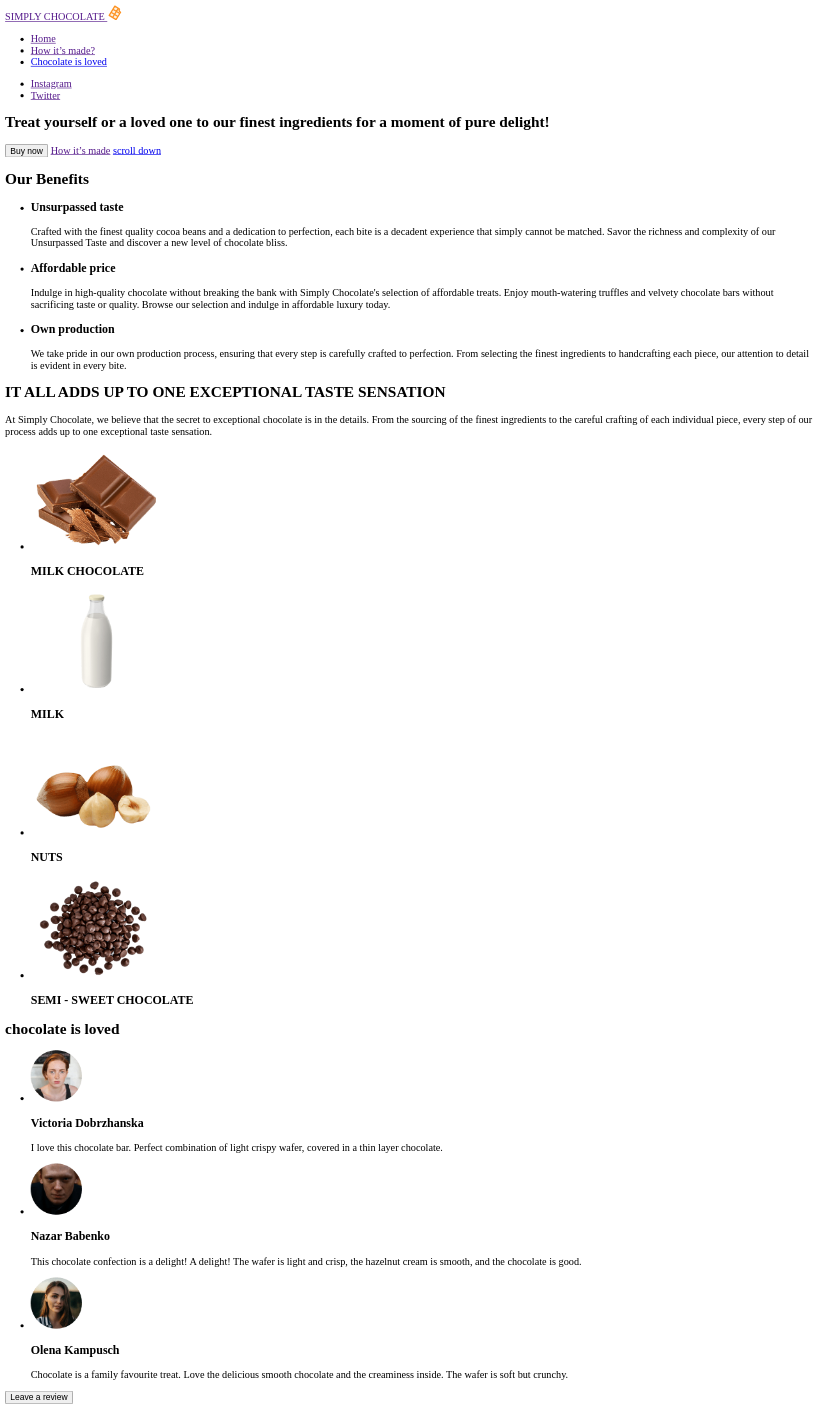
Repository: Sofiia-Khomyk/goit-markup-class-01
Page: index.html
An editor plug-in stored every save of this project. The page is shown before and after the next save, followed by the edit.
The browser window is 1280 px wide. The pictures show the whole page, at 64% of full size.

Above is the page before, as saved 2024-11-11 16:11:10.

After the next save:
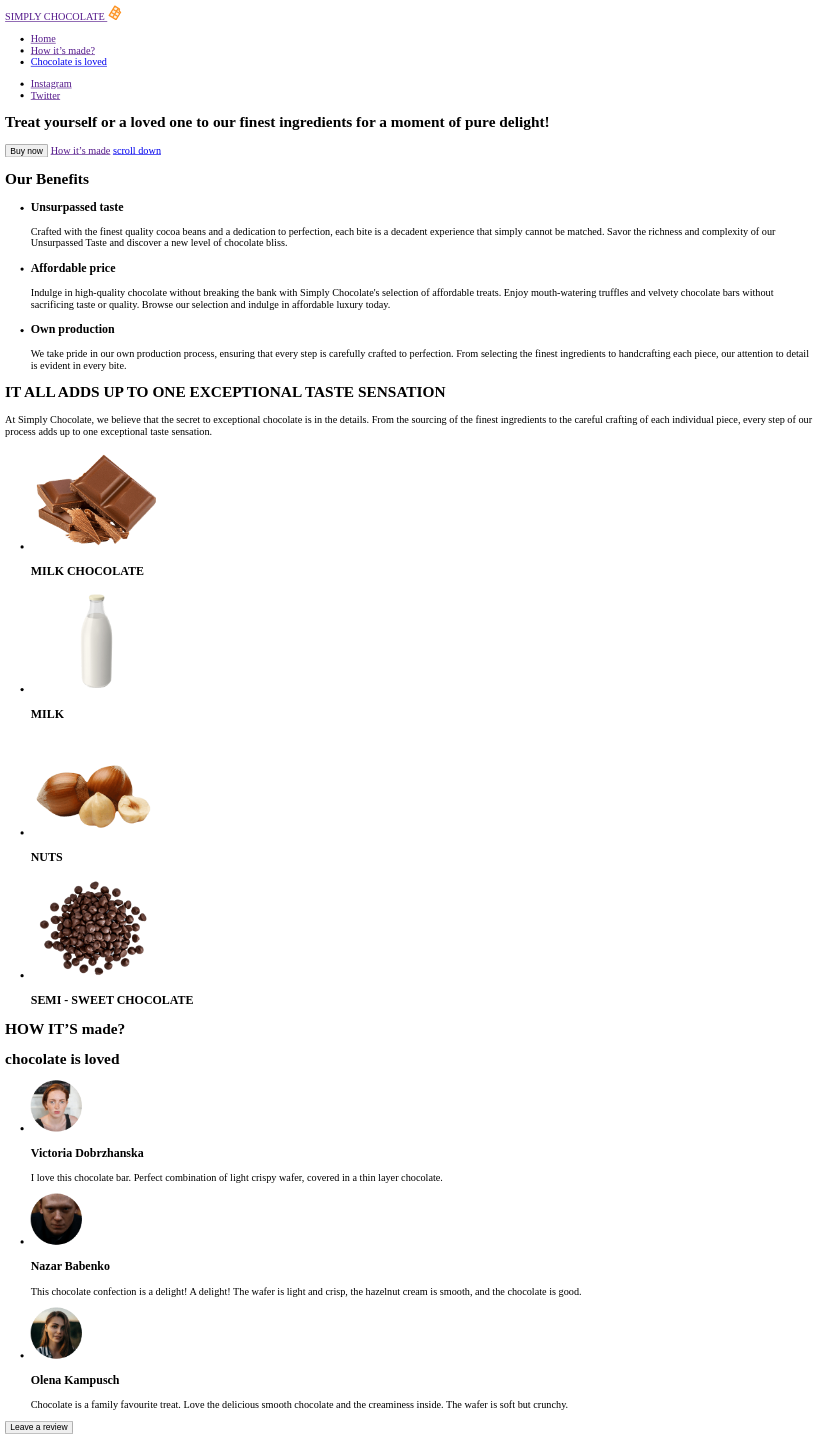
Saved 27 s later.
--- a/index.html
+++ b/index.html
@@ -130,7 +130,7 @@
       </section>
       <!-- How its made -->
       <section>
-        <h2></h2>
+        <h2>HOW IT’S made?</h2>
       </section>
       <!-- Reviews Section -->
       <section id="reviews">
